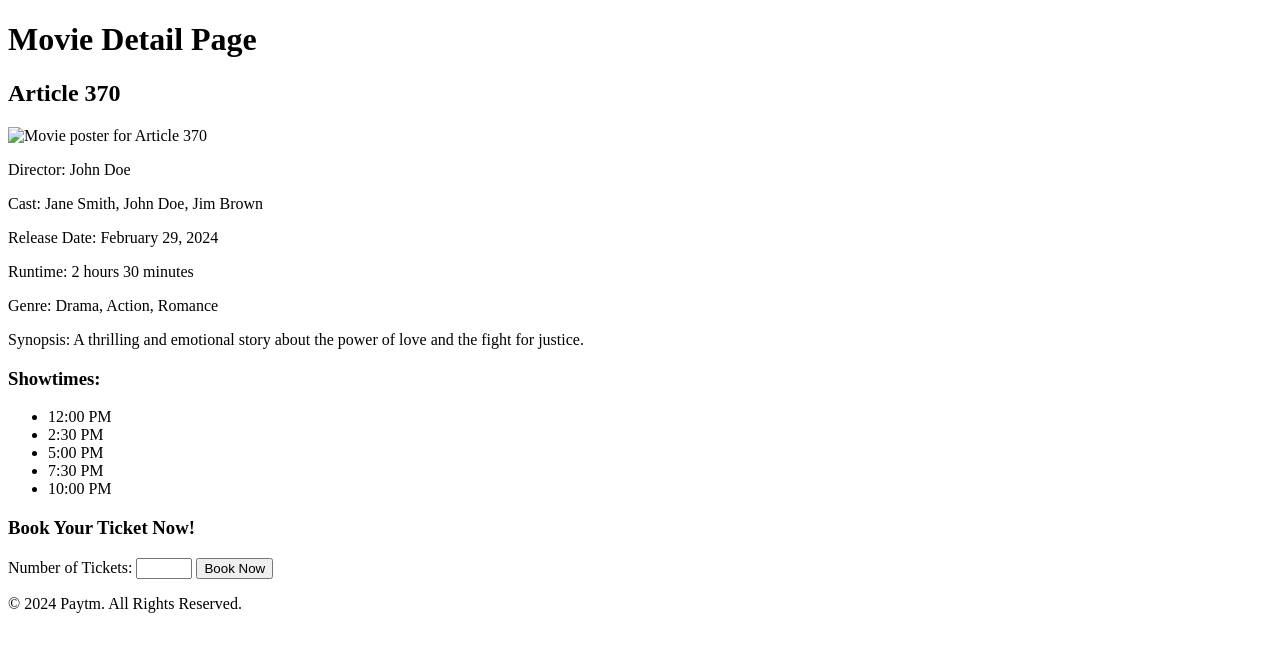
Repository: Anwithgowda/bank-app
Page: http://localhost/movie-book-app/show.jsp
The author's editor kept a copy of each file at every save. The page is drawn from the files as they stood at one save, then again after the next save.
The browser window is 1280 px wide. The pictures show the whole page.
The page is served by Tomcat 9.

Above is the page before, as saved 2024-02-29 12:47:28.
Not found: movieapp/movie-book-app/movie-book-app/movie-poster.jpg
Not found: movieapp/movie-book-app/movie-book-app/styles.css

After the next save:
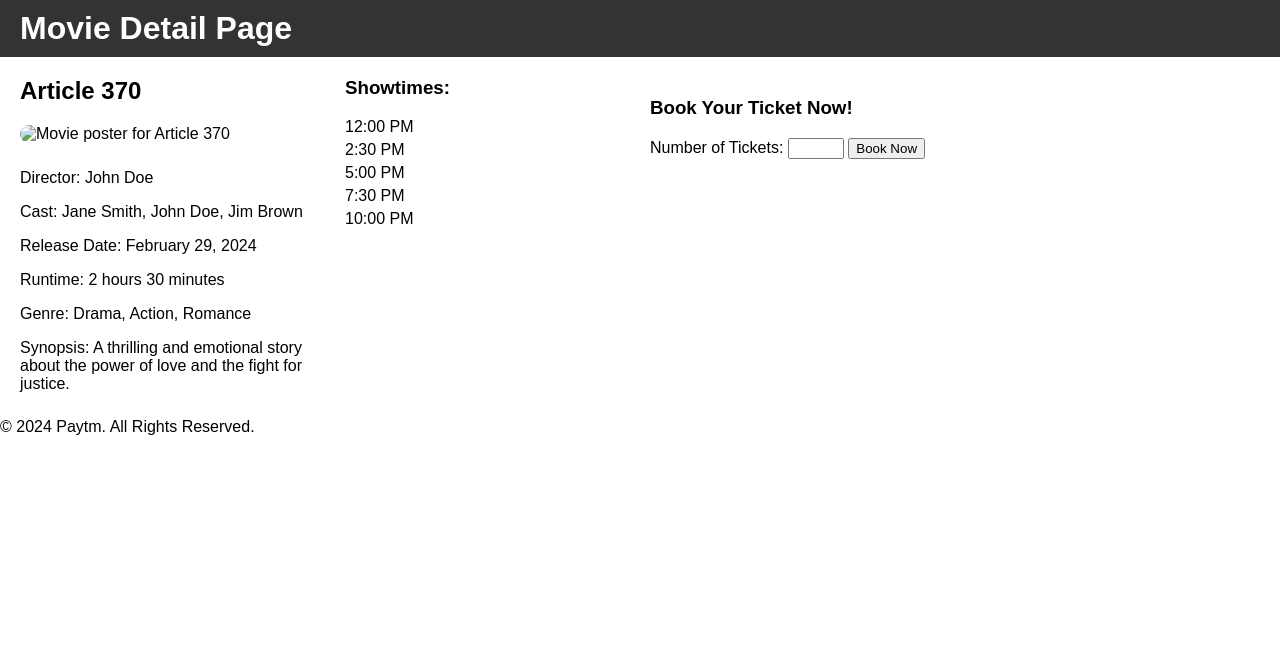
Saved 39 s later.
--- a/movieapp/movie-book-app/src/main/webapp/show.jsp
+++ b/movieapp/movie-book-app/src/main/webapp/show.jsp
@@ -6,6 +6,78 @@
 	<meta charset="UTF-8">
 	<title>Movie Detail Page</title>
 	<link rel="stylesheet" href="styles.css">
+	<style type="text/css">
+	body {
+	font-family: Arial, sans-serif;
+	margin: 0;
+	padding: 0;
+}
+
+header {
+	background-color: #333;
+	color: #fff;
+	padding: 10px 20px;
+}
+
+header h1 {
+	margin: 0;
+}
+
+main {
+	display: flex;
+	flex-wrap: wrap;
+	margin: 20px;
+}
+
+#movie-info {
+	flex: 1;
+	margin-right: 20px;
+}
+
+#movie-info h2 {
+	margin-top: 0;
+}
+
+#movie-info img {
+	width: 100%;
+	height: auto;
+	border-radius: 10px;
+	margin-bottom: 10px;
+}
+
+#movie-info p {
+	margin-bottom: 5px;
+}
+
+#showtimes {
+	flex: 1;
+}
+
+#showtimes h3 {
+	margin-top: 0;
+}
+
+#showtimes ul {
+	list-style: none;
+	padding: 0;
+	margin: 0;
+}
+
+#showtimes li {
+	margin-bottom: 5px;
+}
+
+#book-ticket {
+	flex: 2;
+	margin-top: 20px;
+}
+
+#book-ticket h3 {
+	margin-top: 0;
+}
+
+#book-t
+	</style>
 </head>
 <body>
 	<header>

After the save that followed:
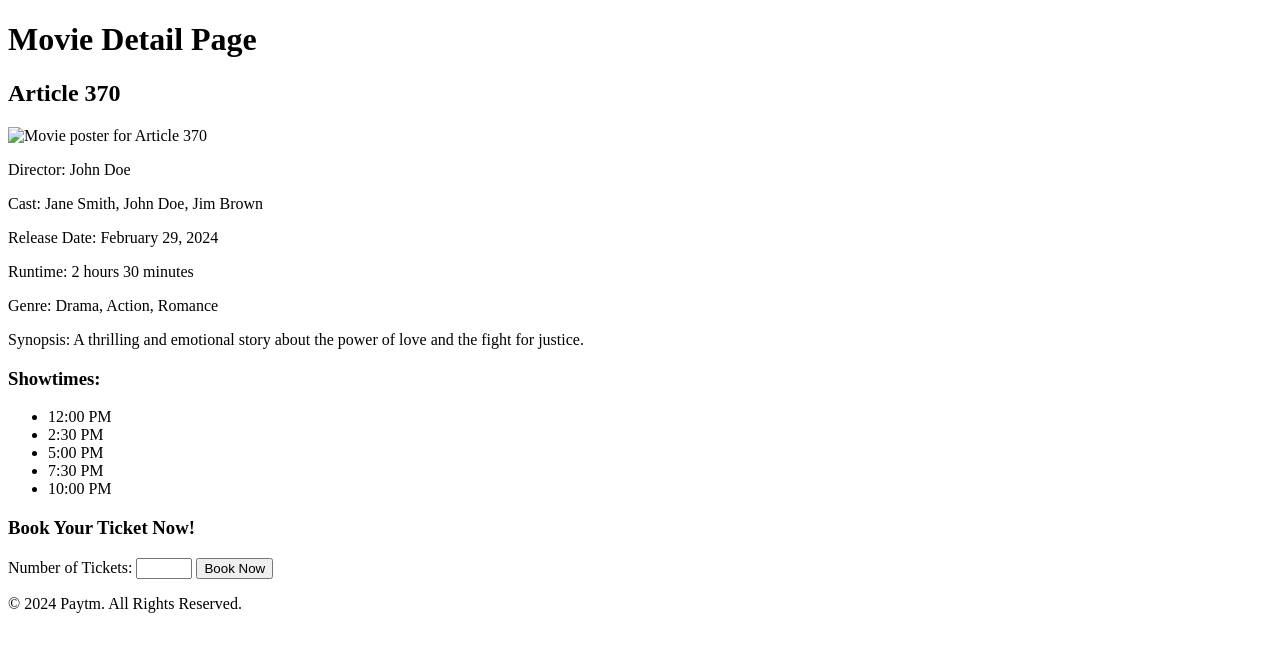
Saved 2 min 5 s later.
--- a/movieapp/movie-book-app/src/main/webapp/show.jsp
+++ b/movieapp/movie-book-app/src/main/webapp/show.jsp
@@ -6,78 +6,6 @@
 	<meta charset="UTF-8">
 	<title>Movie Detail Page</title>
 	<link rel="stylesheet" href="styles.css">
-	<style type="text/css">
-	body {
-	font-family: Arial, sans-serif;
-	margin: 0;
-	padding: 0;
-}
-
-header {
-	background-color: #333;
-	color: #fff;
-	padding: 10px 20px;
-}
-
-header h1 {
-	margin: 0;
-}
-
-main {
-	display: flex;
-	flex-wrap: wrap;
-	margin: 20px;
-}
-
-#movie-info {
-	flex: 1;
-	margin-right: 20px;
-}
-
-#movie-info h2 {
-	margin-top: 0;
-}
-
-#movie-info img {
-	width: 100%;
-	height: auto;
-	border-radius: 10px;
-	margin-bottom: 10px;
-}
-
-#movie-info p {
-	margin-bottom: 5px;
-}
-
-#showtimes {
-	flex: 1;
-}
-
-#showtimes h3 {
-	margin-top: 0;
-}
-
-#showtimes ul {
-	list-style: none;
-	padding: 0;
-	margin: 0;
-}
-
-#showtimes li {
-	margin-bottom: 5px;
-}
-
-#book-ticket {
-	flex: 2;
-	margin-top: 20px;
-}
-
-#book-ticket h3 {
-	margin-top: 0;
-}
-
-#book-t
-	</style>
 </head>
 <body>
 	<header>
